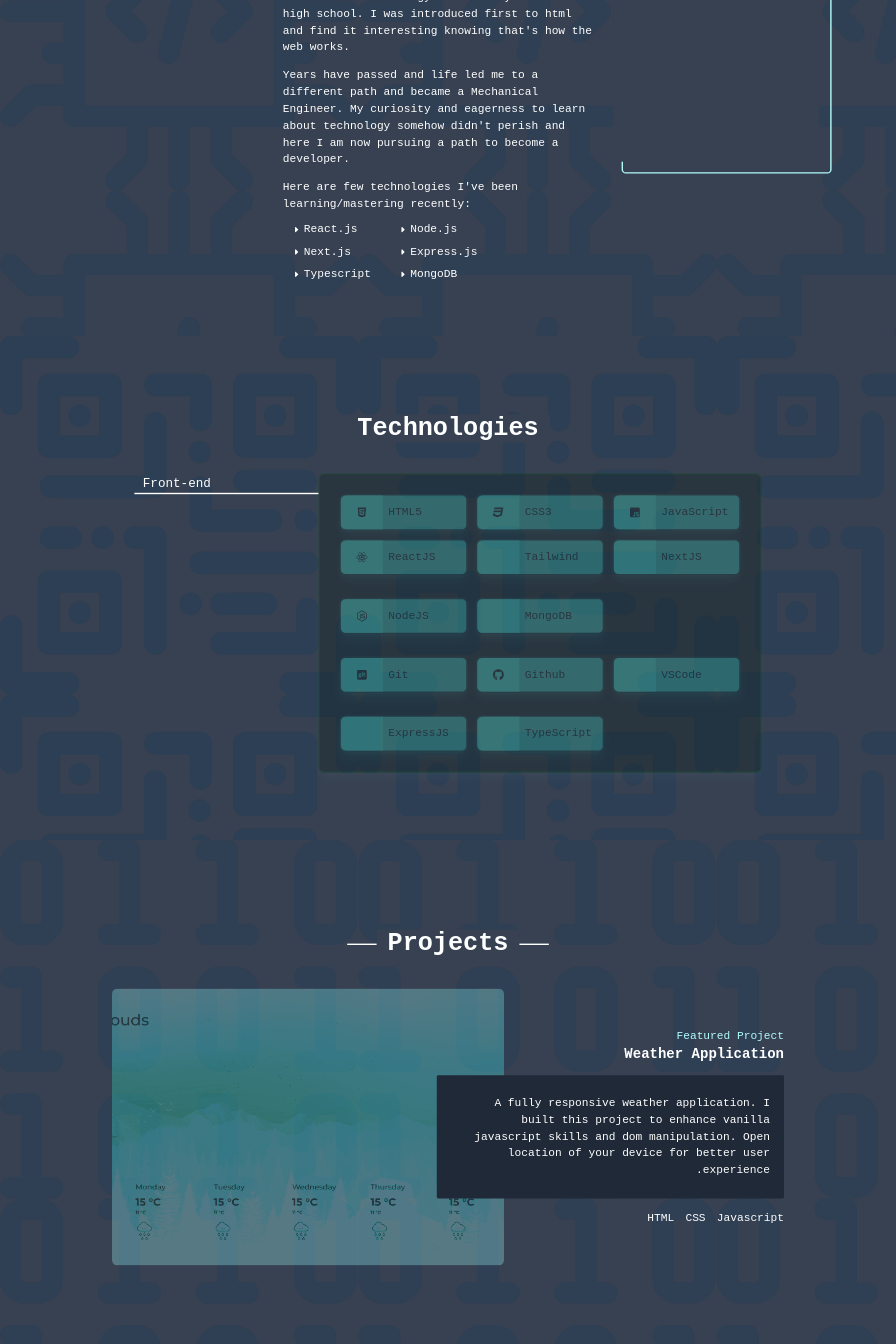
Repository: riandev25/nextjs-portfolio
Page: /
The author's editor kept a copy of each file at every save. The page is drawn from the files as they stood at one save, then again after the next save.
The browser window is 1280 px wide. The pictures show the part of the page from y = 960 to 2880 px (the page is 2880 px tall), at 70% of full size.
Backgrounds fixed to the window are drawn as part of the page. The project was rebuilt for these pictures with package versions that can differ from the ones it lists, and the page was loaded fresh each time. The framework's server and built-in components were replaced by stand-ins that run in the browser. Also part of the build but not shown: next.config.js, components/Home/Keyboard/index.module.css, components/Home/Keyboard/index.jsx, components/About/Contacts.jsx.

Above is the page before, as saved 2022-11-13 13:07:31.

### pages/_app.jsx
import Head from 'next/head';
import link from 'next/link';
import '../styles/globals.css';

import Layout from '../components/Layout';
import { ParallaxProvider } from 'react-scroll-parallax';

function MyApp({ Component, pageProps }) {
  return (
    <ParallaxProvider>
      <Head>
        <title>Rian Miguel Engracia</title>
        <meta name='viewport' content='initial-scale=1.0, width=device-width' />
        <link
          rel='apple-touch-icon'
          sizes='180x180'
          href='/apple-touch-icon.png'
        />
        <link
          rel='icon'
          type='image/png'
          sizes='32x32'
          href='/favicon-32x32.png'
        />
        <link
          rel='icon'
          type='image/png'
          sizes='16x16'
          href='/favicon-16x16.png'
        />
        <link rel='manifest' href='/site.webmanifest' />
        <link rel='mask-icon' href='/safari-pinned-tab.svg' color='#5bbad5' />
        <meta name='msapplication-TileColor' content='#2d89ef' />
        <meta name='theme-color' content='#ffffff' />
      </Head>
      <Layout>
        <Component {...pageProps} />
      </Layout>
    </ParallaxProvider>
  );
}

export default MyApp;

### pages/index.jsx
import Head from 'next/head';
import Image from 'next/image';
import Home from '../components/Home/Home';
import { Fragment } from 'react';
import Header from '../components/Header';
import About from '../components/About';
import Technologies from '../components/Technologies';
import Projects from '../components/Projects';

export default function Page() {
  return (
    <Fragment>
      <Header />
      <Home />
      <About />
      <Technologies />
      <Projects title='Projects' />
    </Fragment>
  );
}

### styles/globals.css
@tailwind base;
@tailwind components;
@tailwind utilities;

html,
body {
  padding: 0;
  margin: 0;
  /* font-family: 'Roboto', sans-serif; */
  font-family: monospace, sans-serif;
}

a {
  color: inherit;
  text-decoration: none;
}

* {
  box-sizing: border-box;
}

.image-filter {
  /* filter: invert(93%) sepia(19%) saturate(586%) hue-rotate(121deg)
    brightness(102%) contrast(97%); */
  filter: invert(93%) sepia(69%) saturate(347%) hue-rotate(120deg)
    brightness(104%) contrast(97%);
  opacity: 0.3;
  transition: filter 0.3s, opacity 0.3s;
}

.image-filter:hover {
  filter: none;
  opacity: 1;
}

@media (prefers-color-scheme: dark) {
  html {
    color-scheme: dark;
  }
  body {
    color: white;
    background: black;
  }
}

### components/Layout/index.jsx
import Header from '../Header';
import Email from '../Header/Email';

const Layout = ({ children }) => {
  return (
    <div className='relative w-full h-full bg-gray-700' dir='ltr'>
      <Header />
      <Email />
      {children}
    </div>
  );
};

export default Layout;

### components/Home/Home.jsx
import Link from 'next/link';
import Image from 'next/future/image';
import { useParallax } from 'react-scroll-parallax';
import styles from './index.module.css';
import DevImage from '../../assets/images/dev-image.svg';
import GithubImage from '../../assets/images/github-neon-fill.png';
import LinkedinImage from '../../assets/images/linkedin-neon-fill.png';
import FacebookImage from '../../assets/images/facebook-neon-fill.png';
import Keyboard from './Keyboard';
import { useState } from 'react';

export const CONTACTS = [
  {
    id: 'github',
    imgSrc: GithubImage,
    link: 'https://github.com/riandev25',
  },
  {
    id: 'linkedin',
    imgSrc: LinkedinImage,
    link: 'https://www.linkedin.com/in/rian-miguel-engracia/',
  },
  {
    id: 'facebook',
    imgSrc: FacebookImage,
    link: 'https://web.facebook.com/rianmiguel.engracia',
  },
  {
    id: 'email',
    email: 'rianengracia@gmail.com',
  },
];

const nameArray = ['I', '&apos;', 'm', ' ', 'R', 'i', 'a', 'n'];
const jobArray = [
  'f',
  'u',
  'l',
  'l',
  ' ',
  's',
  't',
  'a',
  'c',
  'k',
  ' ',
  'd',
  'e',
  'v',
  'e',
  'l',
  'o',
  'p',
  'e',
  'r',
];

const Home = () => {
  const { ref } = useParallax({
    translateY: [-100, 30, 'easeInOut'],
  });
  const [keyboard, setKeyboard] = useState(true);
  return (
    <header className='flex justify-center items-center w-full h-screen px-20 bg-fixed bg-repeat bg-bg_gear_image'>
      <section ref={ref} className='w-4/12 space-y-4'>
        <div className='flex flex-col gap-2.5 place-items-start'>
          <h1 className={`text-xl font-thin text-white ${styles.typingLet}`}>
            Hi there!
          </h1>
          <h1 className='text-6xl font-bold animate-neon_text'>
            I&apos;m Rian Miguel
          </h1>
          <h1 className='text-xl text-white font-bold'>
            <span className='text-xl font-thin'>a</span> Full Stack Developer
          </h1>
        </div>
        <ul className='flex flex-row gap-4'>
          {CONTACTS.map((item) => {
            if (item.id === 'email') return;
            return (
              <li
                className='block p-3 bg-gray-800 border rounded-lg border-[#b2fcfb] transition-all hover:scale-110'
                key={item.id}
              >
                <Link href={item.link} legacyBehavior>
                  <a className=''>
                    <Image
                      className=''
                      src={item.imgSrc}
                      alt={item.id}
                      width={20}
                      height={20}
                      sizes='5vw'
                    />
                  </a>
                </Link>
              </li>
            );
          })}
        </ul>
      </section>
      <section className='hidden lg:flex max-w-2xl h-full justify-center items-center'>
        <Image
          src={DevImage}
          alt='dev-image'
          width={500}
          height={500}
          sizes='(max-width: 768px) 50vw'
        />
        {/* <Keyboard /> */}
      </section>
    </header>
  );
};

export default Home;

### components/Header/index.jsx
import Logo from '../Logo';
import Navbar from './Navbar';
import { FontAwesomeIcon } from '@fortawesome/react-fontawesome';
import { faBars } from '@fortawesome/free-solid-svg-icons';

const Header = () => {
  return (
    <nav className='px-8 py-1 bg-gray-700 dark:bg-gray-900 fixed w-full z-50 top-0 left-0 border-b shadow-sm border-gray-700 md:px-12 md:py-3 dark:border-gray-600'>
      <div className='flex flex-row justify-between items-center w-full'>
        <section className=''>
          <Logo />
        </section>

        <div className='flex md:order-2'>
          <button
            type='button'
            className='hidden lg:flex bg-transparent text-[#b2fcfb] border border-[#b2fcfb] hover:bg-[#b2fcfb] hover:opacity-40 transition-all font-medium rounded-lg text-sm px-5 py-2.5 text-center mr-3 md:mr-0 dark:bg-blue-600 dark:hover:bg-blue-700 dark:focus:ring-blue-800'
          >
            Get started
          </button>
          <button
            data-collapse-toggle='navbar-sticky'
            type='button'
            className='cursor-pointer inline-flex items-center p-2 text-sm bg-white rounded-lg md:hidden hover:bg-gray-400 focus:outline-none focus:ring-2 focus:ring-gray-200 dark:text-gray-400 dark:hover:bg-gray-700 dark:focus:ring-gray-600'
            aria-controls='navbar-sticky'
            aria-expanded='false'
          >
            <span className='sr-only'>Open main menu</span>
            <FontAwesomeIcon icon={faBars} className='text-gray-800' />
          </button>
        </div>
        <Navbar />
      </div>
    </nav>
  );
};

export default Header;

### components/About/index.jsx
import Image from 'next/future/image';
import Contacts from './Contacts';
import PageHeader from '../PageHeader';
import { FontAwesomeIcon } from '@fortawesome/react-fontawesome';
import { faCaretRight } from '@fortawesome/free-solid-svg-icons';
import ProgrammerImage from '../../assets/images/programmer.jpg';
import { useParallax } from 'react-scroll-parallax';

const technologies = [
  'React.js',
  'Node.js',
  'Next.js',
  'Express.js',
  'Typescript',
  'MongoDB',
];

const About = () => {
  return (
    <div className='relative pt-4 w-full h-screen flex flex-col gap-11 justify-center items-center text-white px-20 bg-bg_chip_image bg-fixed'>
      {/* <Contacts /> */}
      <PageHeader title='About me' />
      <div className='max-w-3xl flex flex-row gap-6'>
        <section className='max-w-md flex flex-col gap-4'>
          <p>
            Hi! I am Rian Miguel Engracia, a Registered Mechanical Engineer in
            the Philippines. My interest in technology started way back in high
            school. I was introduced first to html and find it interesting
            knowing that&apos;s how the web works.
          </p>
          <p>
            Years have passed and life led me to a different path and became a
            Mechanical Engineer. My curiosity and eagerness to learn about
            technology somehow didn&apos;t perish and here I am now pursuing a
            path to become a{' '}
            <span className='text-[neon-green] no-underline decoration-[neon-green] underline-offset-4 decoration-2 hover:underline'>
              developer
            </span>
            .
          </p>
          <div className='flex flex-col gap-3'>
            <p>
              Here are few technologies I&apos;ve been learning/mastering
              recently:
            </p>
            <ul className='grid grid-cols-3 gap-2'>
              {technologies.map((item, i) => {
                return (
                  <li
                    key={item}
                    className={`${(i + 1) % 2 === 0 ? 'col-span-2' : ''}
                    } flex justify-start items-center gap-2 pl-4`}
                  >
                    <FontAwesomeIcon icon={faCaretRight} className='w-1.5' />
                    <span className=''>{item}</span>
                  </li>
                );
              })}
            </ul>
          </div>
        </section>
        <section className='relative'>
          <div className='absolute z-20 w-[295px] h-[295px] bg-gray-700'></div>
          <Image
            className='relative z-30 rounded-md image-filter bg-[#b2fcfb] border-2 peer'
            src={ProgrammerImage}
            alt='developer'
            width={300}
            height={300}
            priority='false'
            sizes='(max-width: 768px) 100vw, 50vw'
          />
          <div className='absolute top-0 left-0 w-[300px] h-[300px] bg-transparent border-2 border-[#b2fcfb] transition-duration-300 delay-300 ease-in-out translate-x-3 translate-y-3 z-10 rounded-md peer-hover:translate-x-2 peer-hover:translate-y-2 '></div>
        </section>
      </div>
    </div>
  );
};

export default About;

### components/Projects/index.jsx
import Link from 'next/link';
import Image from 'next/future/image';
import PageHeader from '../PageHeader';
import WeatherImage from '../../assets/images/weather-app.png';
import { FontAwesomeIcon } from '@fortawesome/react-fontawesome';
import { faGithubAlt } from '@fortawesome/free-brands-svg-icons';
import { faSquareArrowUpRight } from '@fortawesome/free-solid-svg-icons';
import Links from './Links';

const TECH_WEATHER = ['HTML', 'CSS', 'Javascript'];
const WEATHER = [
  {
    id: 1,
    icon: faGithubAlt,
    link: 'https://riandev25.github.io/js-weather-app/dist/',
  },
  {
    id: 2,
    icon: faSquareArrowUpRight,
    link: 'https://riandev25.github.io/js-weather-app/dist/',
  },
];

const Projects = () => {
  return (
    <div className='pt-4 flex flex-col w-full h-screen gap-11 justify-center items-center text-white px-24 bg-bg_binary_image bg-fixed'>
      <PageHeader title='Projects' />
      <div className='flex flex-row justify-center items-center max-w-full'>
        <section className='z-10 relative w-[35rem] aspect-[17/12] flex-auto flex image-filter'>
          <Image
            src={WeatherImage}
            alt='weather-app'
            fill
            className='object-cover absolute rounded-lg'
          />
        </section>
        <section
          className='z-20 w-[23rem] flex flex-col overflow-visible space-y-4 lg:w-[25rem]'
          dir='rtl'
        >
          <div className='flex flex-col justify-end items-end' dir='ltr'>
            <h2 className='text-neon text-right'>Featured Project</h2>
            <h1 className='text-xl font-bold text-right'>
              Weather Application
            </h1>
          </div>
          <div className='flex w-[30rem] bg-gray-800 p-7 pl-12 pr-5 rounded-sm xl:w-[31rem]'>
            <p className='text-right'>
              A fully responsive weather application. I built this project to
              enhance vanilla javascript skills and dom manipulation. Open
              location of your device for better user experience.
            </p>
          </div>
          <ul
            className='flex flex-row justify-end items-center gap-4'
            dir='ltr'
          >
            {TECH_WEATHER.map((item) => {
              return <li key={item}>{item}</li>;
            })}
          </ul>
          <Links array={WEATHER} />
        </section>
      </div>
    </div>
  );
};

export default Projects;

### components/Header/Email.jsx
import Link from 'next/link';

const Email = () => {
  return (
    <aside className='fixed bottom-36 right-12 origin-top-right rotate-90'>
      <div className='flex justify-center items-center relative'>
        <Link href='' legacyBehavior>
          <a className='z-50 transition-all text-[#b2fcfb] bg-gray-700 px-2 hover:text-[#68fffc] hover:scale-110'>
            rianengracia@gmail.com
          </a>
        </Link>
        <div className='w-96 bg-[#b2fcfb] absolute top-1/2 left-0 h-px'></div>
      </div>
    </aside>
  );
};

export default Email;

### components/Home/index.module.css
.typingLet {
  width: 134px;
  animation: typing 2s steps(12), blink 0.5s step-end infinite alternate;
  white-space: nowrap;
  overflow: hidden;
  border-right: 3px solid;
  font-family: monospace;
  font-size: 2em;
}

@keyframes typing {
  from {
    width: 0;
  }
}

@keyframes blink {
  50% {
    border-color: transparent;
  }
}

### components/Logo/index.jsx
import Image from 'next/future/image';
import LogoImage from '../../assets/images/logo.svg';
import LogoDark from '../../assets/images/logo-dark.svg';
import LogoLight from '../../assets/images/logo-light.svg';
import {
  faAngleLeft,
  faGear,
  faforward,
} from '@fortawesome/free-solid-svg-icons';
import { FontAwesomeIcon } from '@fortawesome/react-fontawesome';

const Logo = () => {
  return (
    <div className='flex items-center relative'>
      <Image
        src={LogoImage}
        alt='logo'
        width={185}
        height={55}
        className='hidden md:flex'
        sizes='(max-width: 768px) 15vw'
      />
      {/* <Image
        src={LogoLight}
        alt='logo-light'
        width={50}
        height={50}
        className='flex md:hidden'
        sizes='(max-width: 768px) 15vw'
      /> */}
    </div>
  );
};

export default Logo;

### components/Header/Navbar.jsx
import Link from 'next/link';

const Navbar = () => {
  const data = [
    {
      id: 'Home',
    },
    {
      id: 'About',
    },
    {
      id: 'Technologies',
    },
    {
      id: 'Projects',
    },
  ];
  return (
    <div
      className='hidden absolute top-0 right-0 justify-between items-center w-full md:flex md:relative md:w-auto md:order-1'
      id='navbar-sticky'
    >
      <ul className='flex flex-col justify-center items-center flex-auto rounded-lg md:justify-between md:flex-row md:space-x-12 md:p-2 md:mt-0 md:text-sm md:font-medium md:border-0 dark:bg-gray-800 md:dark:bg-gray-900 dark:border-gray-700'>
        {data.map((item) => {
          return (
            <li key={item.id} className='relative group'>
              <Link href={item.id}>
                <a
                  className='block py-2 px-1 text-base font-extralight text-white dark:text-white'
                  // aria-current='page'
                >
                  {item.id}
                </a>
              </Link>

              <span className='z-50 absolute bottom-1.5 w-0 h-[1px] bg-white transition-all md:group-hover:w-full'></span>
            </li>
          );
        })}
      </ul>
    </div>
  );
};

export default Navbar;

### components/PageHeader/index.jsx
const PageHeader = ({ title }) => {
  return (
    <div className='relative overflow-visible flex justify-center items-center'>
      <h1 className='relative z-10 w-full text-4xl font-bold flex flex-start bg-gray-700 px-4 animate-neon_text'>
        {title}
      </h1>
      <span className='absolute top-1/2 w-72 h-0.5 bg-white animated-neon_bg'></span>
    </div>
  );
};

export default PageHeader;

### components/Projects/Links.jsx
import Link from 'next/link';
import { FontAwesomeIcon } from '@fortawesome/react-fontawesome';

const Links = ({ array }) => {
  array.map((item) => {
    return (
      <ul key={item.id} className='flex flex-row'>
        <li>
          <Link href={item.link} passHref>
            <a>
              <FontAwesomeIcon icon={item.icon} className='text-white w-3' />
            </a>
          </Link>
        </li>
      </ul>
    );
  });
};

export default Links;

// 'https://riandev25.github.io/js-weather-app/dist/'

Loaded but not shown: tailwind.config.js (60 lines, source omitted); pages/_document.js (24 lines, source omitted); components/Technologies/index.jsx (206 lines, source omitted)

After the next save:
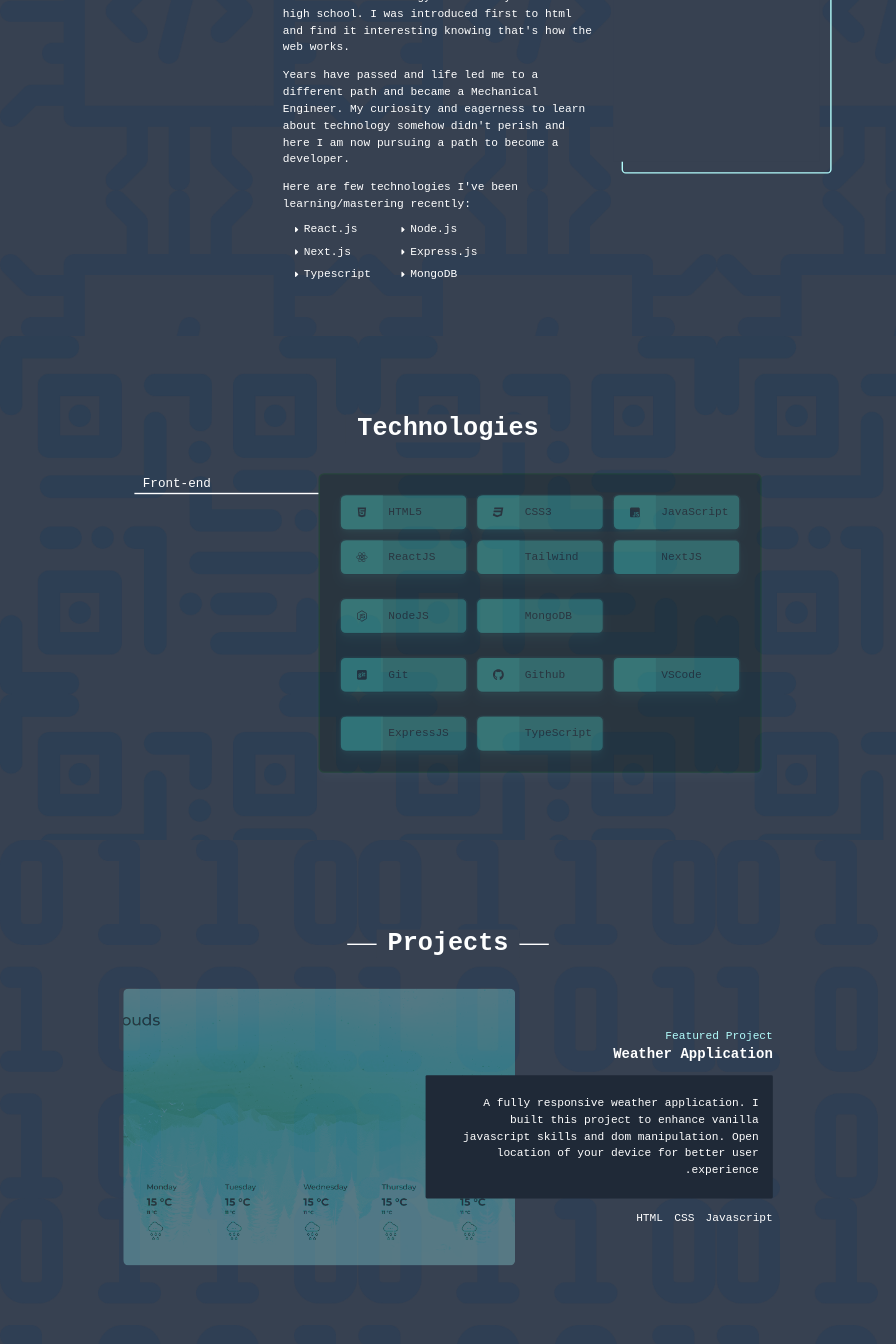
Saved 44 s later.
--- a/components/Projects/index.jsx
+++ b/components/Projects/index.jsx
@@ -35,7 +35,7 @@ const Projects = () => {
           />
         </section>
         <section
-          className='z-20 w-[23rem] flex flex-col overflow-visible space-y-4 lg:w-[25rem]'
+          className='z-20 w-[23rem] flex flex-col overflow-visible space-y-4 lg:w-[23rem]'
           dir='rtl'
         >
           <div className='flex flex-col justify-end items-end' dir='ltr'>
